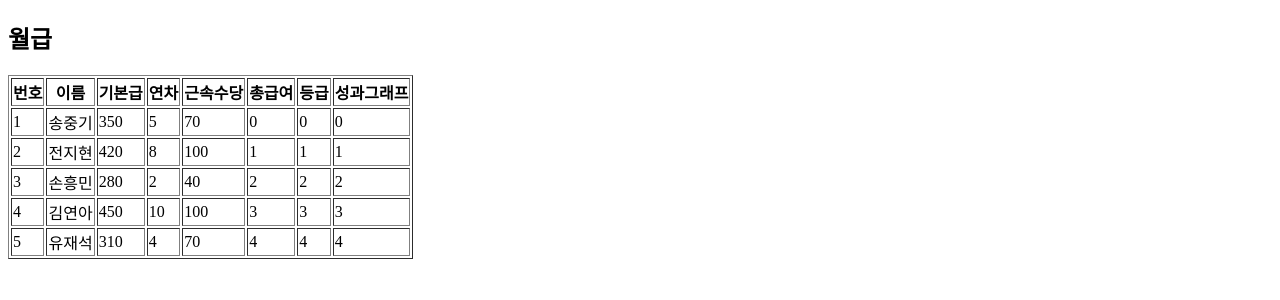
Repository: kkj68106810-dot/jsp2026
Page: http://localhost/chapter01/example_salary.jsp
The author's editor kept a copy of each file at every save. The page is drawn from the files as they stood at one save, then again after the next save.
The browser window is 1280 px wide. The pictures show the whole page.
The page is served by Tomcat 9.

Above is the page before, as saved 2026-10-16 07:13:31.

### chapter01/src/main/webapp/example_salary.jsp
<%@ page language="java" contentType="text/html; charset=UTF-8"
    pageEncoding="UTF-8" import="java.util.*" %>
<!DOCTYPE html>
<html>
<head>
<meta charset="UTF-8">
<title>Insert title here</title>
</head>
<body>
	<%!
		String[] names = {"송중기", "전지현", "손흥민", "김연아", "유재석"};
		int[] basePays = {350, 420, 280, 450, 310};
		int[] years = {5, 8, 2, 10, 4};

		public int getBonus(int year) {
			int bonus;
			if(year >= 7){
				bonus = 100;
			} else if (year >= 4){
				bonus = 70;
			} else {
				bonus = 40;
			}

			return bonus;
		}

		public int getTotalPay(int basePay, int bonus) {
			int totalPay = basePay + bonus;
			return totalPay;
		}

		public String getGrade(int totalPay) {
			String returnGrade = "";
			if(totalPay >= 500) {
				returnGrade = "S";
			} else if (totalPay >=400) {
				returnGrade = "A";
			} else if (totalPay >=300) {
				returnGrade = "B";
			} else if (totalPay <300) {
				returnGrade = "C";
			}
			return returnGrade;
		}

	%>

	<h2>월급</h2>
	<table border="1">
		<tr>
			<th>번호</th>
			<th>이름</th>
			<th>기본급</th>
			<th>연차</th>
			<th>근속수당</th>
			<th>총급여</th>
			<th>등급</th>
			<th>성과그래프</th>
		</tr>

		<% for(int i = 0; i < names.length; i++) { %>
		<tr>


			<td>
				<%=i+1%>
			</td>
			<td>
				<%=names[i]%>
			</td>
			<td>
				<%=basePays[i]%>
			</td>
			<td>
				<%=years[i]%>
			</td>
			<td>
				<%=getBonus(years[i])%>
			</td>
			<td>
				<%=i%>
			</td>
			<td>
				<%=i%>
			</td>
			<td>
				<%=i%>
			</td>


		</tr>
		<% } %>
	</table>
</body>
</html>

After the next save:
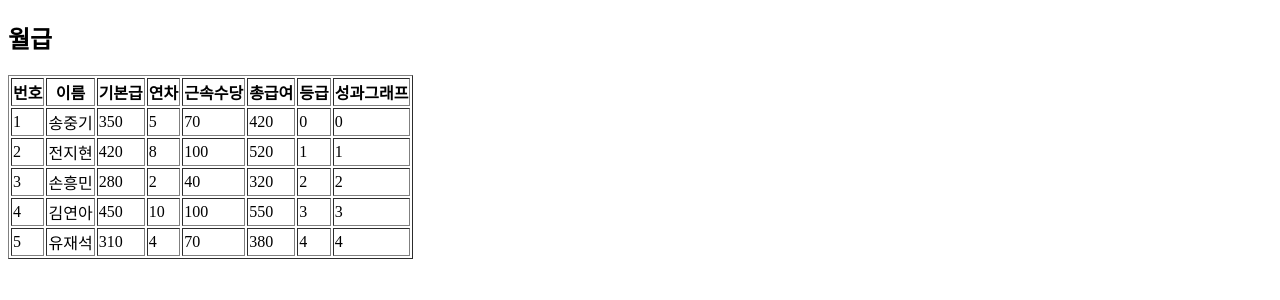
Saved 37 s later.
--- a/chapter01/src/main/webapp/example_salary.jsp
+++ b/chapter01/src/main/webapp/example_salary.jsp
@@ -79,7 +79,7 @@
 				<%=getBonus(years[i])%>
 			</td>
 			<td>
-				<%=i%>
+				<%=getTotalPay(basePays[i], getBonus(years[i]))%>
 			</td>
 			<td>
 				<%=i%>
